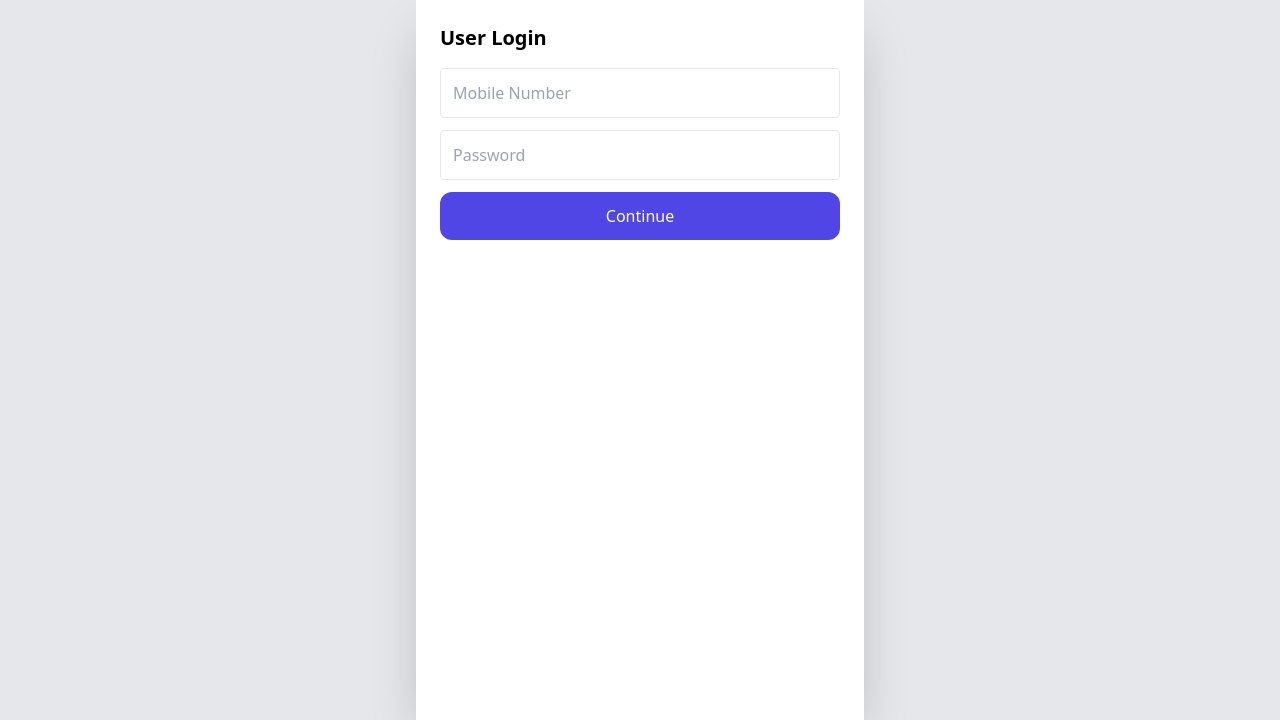
Repository: AnushkaGupta1120/KYC-App
Page: /, after clicking the first element matching `button.w-full`
These files come from the project's save history. The page is drawn as it stood at one moment and after the next save; the edit follows.
The browser window is 1280 px wide. The pictures show the whole page.
The project was rebuilt for these pictures with package versions that can differ from the ones it lists, and the page was loaded fresh each time. Also part of the build but not shown: vite.config.js, src/screens/RegisterUser.jsx, src/screens/OTPVerify.jsx, src/screens/AdminPanel.jsx, src/components/steps/Step1Personal.jsx, src/components/UploadBox.js, src/components/steps/Step2Documents.jsx, src/components/CameraView.jsx and 3 more.

Above is the page before, as saved 2025-12-13 10:45:35.

### index.html
<!doctype html>
<html lang="en">
  <head>
    <meta charset="UTF-8" />
    <link rel="icon" type="image/svg+xml" href="/vite.svg" />
    <meta name="viewport" content="width=device-width, initial-scale=1.0" />
    <title>kyc-app</title>
  </head>
  <body>
    <div id="root"></div>
    <script type="module" src="/src/main.jsx"></script>
  </body>
</html>

### src/App.jsx
// src/App.jsx
import React, { useEffect, useState, useCallback, useMemo, useRef } from "react";

import {
  Shield,
  User,
  Briefcase,
  Volume2,
  VolumeX,
  LogOut,
  FileText,
  ChevronRight,
  WifiOff,
  Clock,
  CheckCircle,
  X,
} from "lucide-react";

import RegisterUser from "./screens/RegisterUser.jsx";
import OTPVerify from "./screens/OTPVerify.jsx";
import UserLogin from "./screens/UserLogin.jsx";
import AdminPanel from "./screens/AdminPanel.jsx";
import KYCFlow from "./screens/KYCFlow.jsx";

import LOCALIZATION from "./data/localization";

// ---------- Optimized useVoice hook ----------
function useVoice(initialLang = "en", initialEnabled = true) {
  const [lang, setLang] = useState(initialLang);
  const [enabled, setEnabled] = useState(initialEnabled);
  const [isSpeaking, setIsSpeaking] = useState(false);


  // throttle control
  const THROTTLE_DELAY = 700; // ms
  const lastSpeakRef = useRef(0);

  // Cancel active speech
  const cancelSpeech = useCallback(() => {
    try {
      if (window?.speechSynthesis) {
        window.speechSynthesis.cancel();
      }
    } catch (err) {
      console.warn("Speech cancel error:", err);
    }
  }, []);

  // Main speak function
  const speak = useCallback(
    (text, opts = {}) => {
      if (!enabled || !text) return;
      if (!window?.speechSynthesis || typeof window.SpeechSynthesisUtterance === "undefined") return;

      const now = Date.now();
      if (now - lastSpeakRef.current < THROTTLE_DELAY) return;
      lastSpeakRef.current = now;

      // Cancel previous speech to avoid overlap
      cancelSpeech();

      const utter = new SpeechSynthesisUtterance(text);
      utter.lang = lang === "hi" ? "hi-IN" : "en-IN";
      utter.rate = opts.rate ?? 0.95;
      utter.pitch = opts.pitch ?? 1;

      utter.onstart = () => setIsSpeaking(true);
      utter.onend = () => setIsSpeaking(false);
      utter.onerror = () => setIsSpeaking(false);

      try {
        window.speechSynthesis.speak(utter);
      } catch (err) {
        console.error("TTS speak error:", err);
      }
    },
    [enabled, lang, cancelSpeech]
  );

  return {
    lang,
    setLang,
    enabled,
    setEnabled,
    isSpeaking,
    speak,
    cancelSpeech,
  };
}

// ---------- App component ----------
export default function App() {
  // ---------- Global state ----------
  const [currentScreen, setCurrentScreen] = useState("splash"); // splash, login, user_login, register, otp_verify, dashboard, kyc_flow, admin
  const [userRole, setUserRole] = useState("user"); // user | admin
  const [userId, setUserId] = useState(null);
  const [kycStatus, setKycStatus] = useState("none"); // none | submitted | approved | rejected
  const [kycStep, setKycStep] = useState(1); // 1..4
  const [isInitialized, setIsInitialized] = useState(false);
  const [rejectionReason, setRejectionReason] = useState("");


  // form data
  const [formData, setFormData] = useState({
    name: "",
    dob: "",
    idType: "aadhaar",
    idNumber: "",
    docFront: null,
    docBack: null,
    selfie: null,
  });

  // voice hook
  const voice = useVoice("en", true);
  const { lang, setLang, enabled: voiceEnabled, setEnabled: setVoiceEnabled, speak, cancelSpeech } = voice;

  // localization object computed for current language
  const t = useMemo(() => LOCALIZATION[lang] || LOCALIZATION.en, [lang]);

  // ---------- Persistence: load & save ----------
  useEffect(() => {
    const savedStatus = localStorage.getItem("kyc_status");
    const savedForm = localStorage.getItem("kyc_formData");
    const savedLang = localStorage.getItem("kyc_lang");
    const savedReason = localStorage.getItem("kyc_rejection_reason");
if (savedReason) setRejectionReason(savedReason);


    if (savedStatus) setKycStatus(savedStatus);
    if (savedForm) {
      try {
        const parsed = JSON.parse(savedForm);
        setFormData((prev) => ({ ...prev, ...parsed }));
      } catch (e) {
        // ignore parse error
      }
    }
    if (savedLang) setLang(savedLang);

    // splash -> login
    const timer = setTimeout(() => {
      setCurrentScreen("login");
      setIsInitialized(true);
    }, 1200);
    return () => clearTimeout(timer);
  }, [setLang]);

  useEffect(() => {
    localStorage.setItem("kyc_status", kycStatus);
    try {
      localStorage.setItem("kyc_formData", JSON.stringify(formData));
    } catch (e) {
      // ignore
    }
    localStorage.setItem("kyc_lang", lang);
  }, [kycStatus, formData, lang]);

  // ---------- Utilities ----------
  const toBase64 = (file) =>
    new Promise((resolve, reject) => {
      const reader = new FileReader();
      reader.onloadend = () => resolve(reader.result);
      reader.onerror = reject;
      reader.readAsDataURL(file);
    });

  // ---------- Handlers ----------
  const handleLogin = (type) => {
  if (type === "register") {
    setCurrentScreen("register");
    return;
  }

  if (type === "admin") {
    setUserRole("admin");
    setCurrentScreen("admin");
    return;
  }

  // USER LOGIN
  setUserRole("user");
  setCurrentScreen("user_login");
};


  // file upload handler
  const handleFileUpload = async (field, files) => {
  const fileArr = Array.isArray(files) ? files : [files];

  const meta = await Promise.all(
    fileArr.map(async (file) => ({
      name: file.name,
      type: file.type,
      preview: await toBase64(file),
    }))
  );

  setFormData((prev) => ({
    ...prev,
    [field]: {
      status: "uploaded",
      files: meta,
      uploadedAt: new Date().toISOString(),
    },
  }));
};


  // handle selfie captured
  const handleSelfieCapture = async (fileOrBase64) => {
  let selfieBase64 = fileOrBase64;

  if (fileOrBase64 instanceof File) {
    selfieBase64 = await toBase64(fileOrBase64);
  }

  setFormData((prev) => ({
    ...prev,
    selfie: {
      status: "captured",
      preview: selfieBase64,
      capturedAt: new Date().toISOString(),
    },
  }));
};

  // submit KYC
  const submitKYC = () => {
    setKycStatus("submitted");
    setCurrentScreen("dashboard");
    speak(t.voice_success);
  };

  // admin decision
  const adminAction = (action, reason = "") => {
  setKycStatus(action);

  if (action === "approved") {
    setRejectionReason("");
    speak(t.voice_dashboard_approved);
  }

  if (action === "rejected") {
    setRejectionReason(reason);

    const voiceMsg =
      lang === "hi"
        ? `आपका केवाईसी अस्वीकृत कर दिया गया है। कारण है: ${reason}`
        : `Your KYC has been rejected. Reason: ${reason}`;

    speak(voiceMsg);
  }
};



  // language change
  const changeLang = (L) => {
    setLang(L);
    localStorage.setItem("kyc_lang", L);
    setTimeout(() => speak(LOCALIZATION[L].voice_lang_changed), 50);
  };

  // toggle voice enabled
  const toggleVoiceEnabled = () => {
    setVoiceEnabled((v) => {
      const newVal = !v;
      if (newVal) {
        setTimeout(() => speak(t.voice_lang_changed || (lang === "hi" ? "भाषा सक्रिय हुई" : "Voice enabled")), 50);
      } else {
        cancelSpeech();
      }
      return newVal;
    });
  };

  // ---------- Screen / Step voice prompts ----------
  useEffect(() => {
    if (!isInitialized) return;
    if (currentScreen === "login") speak(t.voice_login);
  }, [currentScreen, isInitialized, lang, speak, t]);

  useEffect(() => {
    if (currentScreen === "user_login") speak(t.voice_user_login);
  }, [currentScreen, lang, speak, t]);

  useEffect(() => {
    if (currentScreen === "register") speak(t.voice_register);
  }, [currentScreen, lang, speak, t]);

  useEffect(() => {
    if (currentScreen === "otp_verify") speak(t.voice_otp);
  }, [currentScreen, lang, speak, t]);

  useEffect(() => {
    if (currentScreen === "dashboard") {
      if (kycStatus === "none") speak(t.voice_dashboard_start);
      else if (kycStatus === "submitted") speak(t.voice_dashboard_submitted);
      else if (kycStatus === "approved") speak(t.voice_dashboard_approved);
      else if (kycStatus === "rejected") speak(t.voice_dashboard_rejected);
    }
  }, [currentScreen, kycStatus, lang, speak, t]);

  useEffect(() => {
    if (currentScreen !== "kyc_flow") return;
    if (kycStep === 1) speak(t.voice_step1);
    else if (kycStep === 2) speak(t.voice_step2);
    else if (kycStep === 3) speak(t.voice_step3);
    else if (kycStep === 4) speak(t.voice_step4);
  }, [currentScreen, kycStep, lang, speak, t]);

  // ---------- Render ----------
  // SPLASH
  if (currentScreen === "splash") {
    return (
      <div className="flex flex-col items-center justify-center h-screen bg-indigo-900 text-white">
        <div className="w-20 h-20 bg-white rounded-2xl flex items-center justify-center mb-6 shadow-xl animate-bounce">
          <Shield size={48} className="text-indigo-900" />
        </div>
        <h1 className="text-3xl font-bold">TrustCheck</h1>
        <p className="text-indigo-300 text-sm mt-2">Secure Identity Verification</p>
      </div>
    );
  }

  // MAIN APP SHELL
  return (
    <div className="flex justify-center bg-gray-200 h-screen font-sans select-none">
      <div className="w-full max-w-md h-full bg-white shadow-2xl relative flex flex-col overflow-hidden">

        {/* LOGIN SCREEN */}
        {currentScreen === "login" && (
          <div className="p-8 flex flex-col h-full justify-center bg-indigo-50">
            <div className="mb-8 text-center">
              <Shield size={64} className="text-indigo-600 mx-auto mb-4" />
              <h2 className="text-2xl font-bold text-gray-800">{t.app_name}</h2>
              <p className="text-gray-500">{t.voice_intro ?? t.voice_login}</p>
            </div>

            <div className="space-y-4">
              <button
                onClick={() => handleLogin("user")}
                className="w-full bg-indigo-600 text-white py-4 rounded-xl font-bold shadow-lg flex items-center justify-center gap-2"
              >
                <User size={20} /> {t.login_user || "Login as User"}
              </button>

              <button
                onClick={() => handleLogin("admin")}
                className="w-full bg-white text-indigo-600 border border-indigo-200 py-4 rounded-xl font-bold flex items-center justify-center gap-2"
              >
                <Briefcase size={20} /> {t.login_admin || "Login as Admin"}
              </button>
            </div>

            <button
              onClick={() => handleLogin("register")}
              className="w-full bg-white text-indigo-600 border border-indigo-300 py-3 rounded-xl font-bold shadow-sm mt-6"
            >
              {t.register || "Register New User"}
            </button>

            <div className="mt-8 flex justify-center gap-4">
              <button
                onClick={() => changeLang("en")}
                className={`px-4 py-2 rounded-full text-xs font-bold ${lang === "en" ? "bg-indigo-600 text-white" : "bg-white text-gray-500"}`}
              >
                English
              </button>

              <button
                onClick={() => changeLang("hi")}
                className={`px-4 py-2 rounded-full text-xs font-bold ${lang === "hi" ? "bg-indigo-600 text-white" : "bg-white text-gray-500"}`}
              >
                हिन्दी
              </button>
            </div>
          </div>
        )}

        {/* USER LOGIN / REGISTER / OTP */}
       {currentScreen === "user_login" && (
  <UserLogin
    setCurrentScreen={setCurrentScreen}
    setUserRole={setUserRole}
    setUserId={setUserId}   // <-- THIS MUST BE PRESENT
  />
)}

        {currentScreen === "register" && <RegisterUser setCurrentScreen={setCurrentScreen} />}
        {currentScreen === "otp_verify" && <OTPVerify setCurrentScreen={setCurrentScreen} />}

        {/* ADMIN PANEL */}
        {currentScreen === "admin" && (
  <AdminPanel
  t={t}
  status={kycStatus}
  formData={formData}
  adminAction={adminAction}
  setCurrentScreen={setCurrentScreen}
  rejectionReason={rejectionReason}
/>

)}


        {/* DASHBOARD */}
        {currentScreen === "dashboard" && (
          <div className="flex flex-col h-full relative">
            <div className="bg-indigo-900 text-white p-6 pb-10 rounded-b-[2.5rem] shadow-lg">
              <div className="flex justify-between items-center mb-6">
                <div className="flex items-center gap-3">
                  <div className="w-10 h-10 bg-indigo-700 rounded-full flex items-center justify-center border border-indigo-500">
                    <User size={20} />
                  </div>
                  <div>
                    <h3 className="font-bold">{formData.name || "User"}</h3>
                    <p className="text-xs text-indigo-300">ID: 8839202</p>
                  </div>
                </div>

                <div className="flex items-center gap-3">
                  <button
                    onClick={toggleVoiceEnabled}
                    className={`p-2 rounded-full ${voiceEnabled ? "bg-indigo-700 text-white" : "bg-indigo-800 text-indigo-400"}`}
                    title={voiceEnabled ? "Disable voice" : "Enable voice"}
                  >
                    {voiceEnabled ? <Volume2 size={18} /> : <VolumeX size={18} />}
                  </button>

                  <button onClick={() => setCurrentScreen("login")} title="Logout">
                    <LogOut size={20} />
                  </button>
                </div>
              </div>

              <div className="text-center">
                <p className="text-indigo-300 text-sm">{t.status_label}</p>
                {kycStatus === "none" && <h1 className="text-gray-400 text-xl">{t.not_verified}</h1>}
                {kycStatus === "submitted" && <h1 className="text-yellow-400 text-xl">{t.kyc_pending}</h1>}
                {kycStatus === "approved" && <h1 className="text-green-400 text-xl">{t.approved}</h1>}
                {kycStatus === "rejected" && <h1 className="text-red-400 text-xl">{t.rejected}</h1>}
              </div>
            </div>

            <div className="flex-1 bg-gray-50 -mt-8 pt-12 px-6 overflow-y-auto">
              <div className="flex justify-center mb-4">
                <div className="bg-gray-200 px-3 py-1 rounded-full flex items-center gap-2 text-[10px] text-gray-600 font-bold">
                  <WifiOff size={12} /> {t.offline_mode}
                </div>
              </div>

              {kycStatus === "none" && (
                <div className="bg-white p-6 rounded-2xl shadow border border-indigo-50 text-center">
                  <div className="w-16 h-16 bg-indigo-100 rounded-full flex items-center justify-center mx-auto text-indigo-600 mb-4">
                    <FileText size={32} />
                  </div>
                  <h3 className="font-bold text-lg">{t.app_name}</h3>
                  <p className="text-gray-500 text-sm mb-6">{t.voice_intro || t.voice_dashboard_start}</p>

                  <button
                    onClick={() => {
                      setCurrentScreen("kyc_flow");
                      setKycStep(1);
                    }}
                    className="w-full bg-indigo-600 text-white py-3 rounded-xl font-bold flex items-center justify-center gap-2 shadow"
                  >
                    {t.start_kyc} <ChevronRight size={18} />
                  </button>
                </div>
              )}

              {kycStatus === "submitted" && (
                <div className="bg-white p-6 rounded-2xl shadow border-l-4 border-yellow-400 flex gap-4">
                  <div className="bg-yellow-100 p-3 rounded-full text-yellow-600">
                    <Clock size={24} />
                  </div>
                  <div>
                    <h3 className="font-bold">{t.under_review}</h3>
                    <p className="text-gray-500 text-sm">{t.review_desc}</p>
                  </div>
                </div>
              )}

              {kycStatus === "approved" && (
                <div className="bg-green-50 p-6 rounded-2xl border border-green-200 flex items-center gap-4">
                  <CheckCircle size={32} className="text-green-600" />
                  <div>
                    <h3 className="font-bold text-green-800">{t.approved}</h3>
                    <p className="text-green-600 text-xs">{t.verified_msg}</p>
                  </div>
                </div>
              )}

              {kycStatus === "rejected" && (
                <div className="bg-red-50 p-6 rounded-2xl border border-red-200 text-center">
                  <div className="w-12 h-12 bg-red-100 rounded-full flex items-center justify-center mx-auto text-red-600 mb-3">
                    <X size={24} />
                  </div>
                  <h3 className="font-bold text-red-800">{t.rejected}</h3>
<p className="text-red-600 text-sm">
  {rejectionReason}
</p>

                  <button
                    onClick={() => {
                      setKycStatus("none");
                      setKycStep(1);
                    }}
                    className="text-red-700 font-bold underline text-sm"
                  >
                    {t.retry}
                  </button>
                </div>
              )}
            </div>
          </div>
        )}

        {/* KYC FLOW */}
        {currentScreen === "kyc_flow" && (
          <KYCFlow
            t={t}
            kycStep={kycStep}
            setKycStep={setKycStep}
            formData={formData}
            setFormData={setFormData}
            handleFileUpload={handleFileUpload}
            submitKYC={submitKYC}
            speak={speak}
            handleSelfieCapture={handleSelfieCapture}
          />
        )}

      </div>
    </div>
  );
}

### src/screens/UserLogin.jsx
import React, { useState } from "react";

export default function UserLogin({ setCurrentScreen, setUserRole, setUserId }) {
  const [mobile, setMobile] = useState("");
  const [password, setPassword] = useState("");

  const handleLogin = () => {
    const saved = JSON.parse(localStorage.getItem("user_account"));

    if (!saved) {
      alert("No account found. Please register.");
      return;
    }

    if (saved.mobile !== mobile || saved.password !== password) {
      alert("Invalid mobile or password.");
      return;
    }

    // Login success
    localStorage.setItem("is_logged_in", "true");
    localStorage.setItem("user_id", mobile);

    setUserRole("user");
    setUserId(mobile);

    setCurrentScreen("dashboard");
  };

  return (
    <div className="p-6">
      <h2 className="text-xl font-bold mb-4">User Login</h2>

      <input
        type="text"
        placeholder="Mobile Number"
        value={mobile}
        onChange={(e) => setMobile(e.target.value)}
        className="w-full border p-3 rounded mb-3"
      />

      <input
        type="password"
        placeholder="Password"
        value={password}
        onChange={(e) => setPassword(e.target.value)}
        className="w-full border p-3 rounded mb-3"
      />

      <button
        onClick={handleLogin}
        className="w-full bg-indigo-600 text-white py-3 rounded-xl"
      >
        Continue
      </button>
    </div>
  );
}

Loaded but not shown: src/main.jsx (common file); src/index.css (common file); tailwind.config.js (common file); src/data/localization.js (140 lines, source omitted)

After the next save:
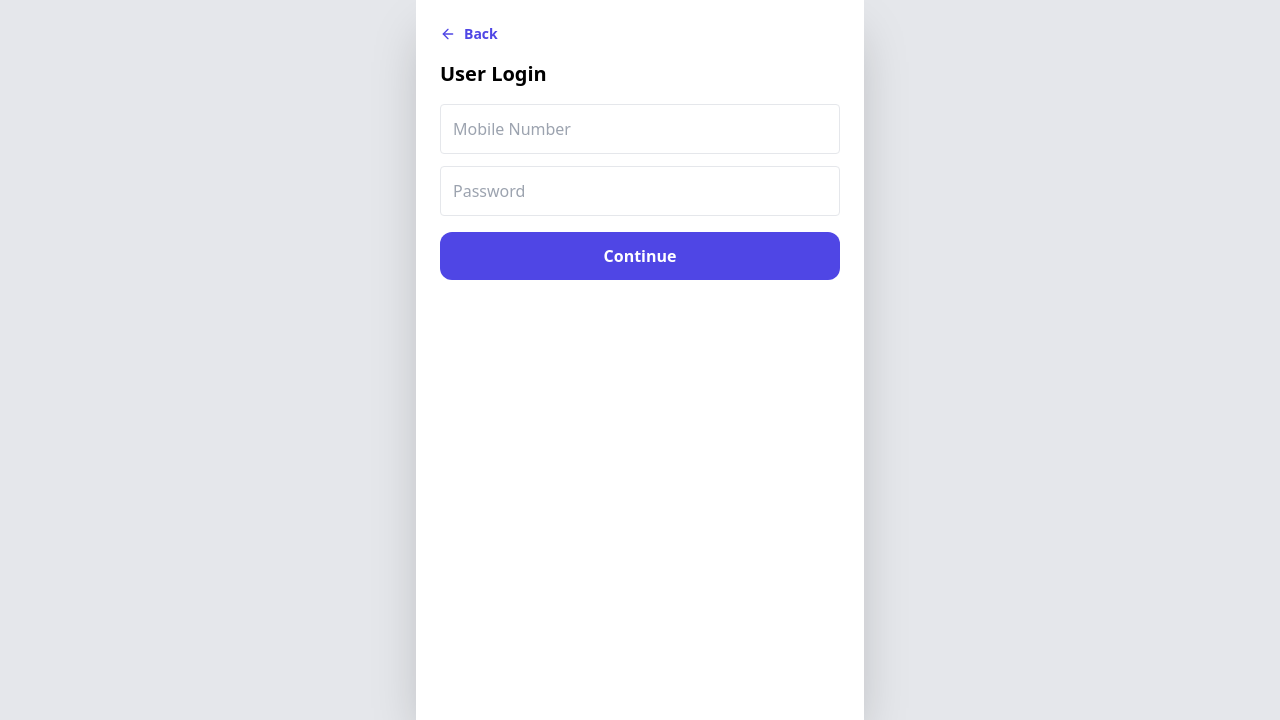
Saved 2 min 4 s later.
--- a/src/screens/UserLogin.jsx
+++ b/src/screens/UserLogin.jsx
@@ -1,4 +1,5 @@
 import React, { useState } from "react";
+import { ArrowLeft } from "lucide-react";
 
 export default function UserLogin({ setCurrentScreen, setUserRole, setUserId }) {
   const [mobile, setMobile] = useState("");
@@ -23,12 +24,21 @@ export default function UserLogin({ setCurrentScreen, setUserRole, setUserId })
 
     setUserRole("user");
     setUserId(mobile);
-
     setCurrentScreen("dashboard");
   };
 
   return (
     <div className="p-6">
+
+      {/* 🔙 Back Button */}
+      <button
+        onClick={() => setCurrentScreen("login")}
+        className="flex items-center gap-2 text-indigo-600 mb-4 text-sm font-semibold"
+      >
+        <ArrowLeft size={16} />
+        Back
+      </button>
+
       <h2 className="text-xl font-bold mb-4">User Login</h2>
 
       <input
@@ -44,12 +54,12 @@ export default function UserLogin({ setCurrentScreen, setUserRole, setUserId })
         placeholder="Password"
         value={password}
         onChange={(e) => setPassword(e.target.value)}
-        className="w-full border p-3 rounded mb-3"
+        className="w-full border p-3 rounded mb-4"
       />
 
       <button
         onClick={handleLogin}
-        className="w-full bg-indigo-600 text-white py-3 rounded-xl"
+        className="w-full bg-indigo-600 text-white py-3 rounded-xl font-bold"
       >
         Continue
       </button>
